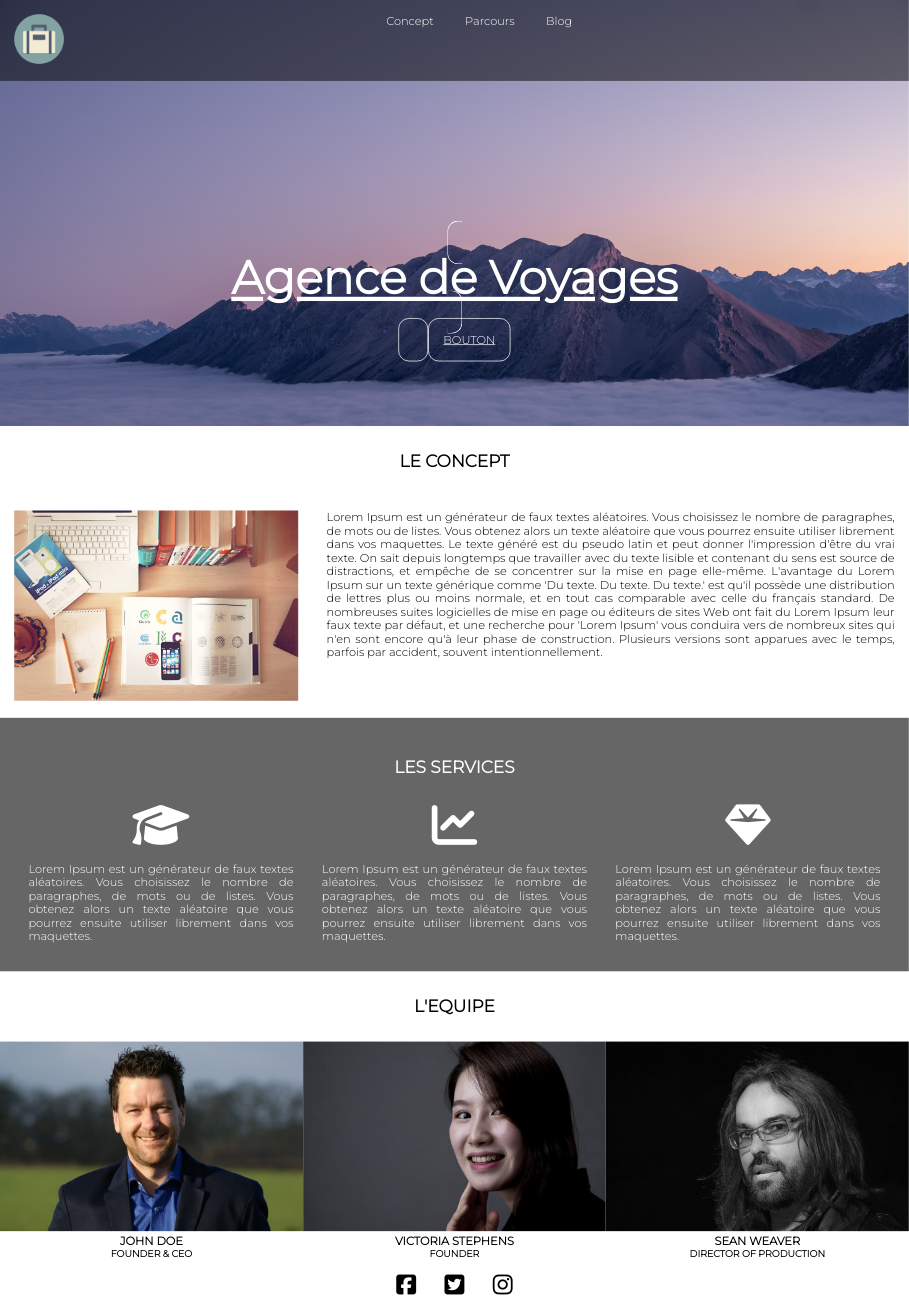
Repository: georeyff/WordPressThemes
Page: agenceVoyageInitial/index.html
The author's editor kept a copy of each file at every save. The page is drawn from the files as they stood at one save, then again after a run of saves.
The browser window is 1280 px wide. The pictures show the whole page, at 71% of full size.
Some web libraries are served in a nearby version.

Above is the page before, as saved 2020-11-28 14:37:53.

### agenceVoyageInitial/index.html
<!DOCTYPE html>

<html>

  <head>
    <meta name="viewport" content="width=device-width, initial-scale=1, maximum-scale=1">
    <title>Agence de voyages</title>
    <link rel="stylesheet" type="text/css" href="style.css">
    <meta charset="utf-8">
    <link rel="preconnect" href="https://fonts.gstatic.com">
<link href="https://fonts.googleapis.com/css2?family=Montserrat:wght@300&display=swap" rel="stylesheet">
  <script src="https://kit.fontawesome.com/00a3624a11.js" crossorigin="anonymous"></script>
  </head>

  <body>

    <section id="hero">

      <nav>
        <div id="logo"><img src="logo-valise.png" width="70px"></div>
        <div id="menuDesktop">
          <a href="#" target="_blank">Concept</a>
          <a href="#" target="_blank">Parcours</a>
          <a href="#" target="_blank">Blog</a>
        </div>

        <div id="menuResp">
          <img src="images/hamburger.png" alt="Responsive Menu Icon" id="hamburger" width="30px">
          <div id="menuMobile">
            <a href="#" target="_blank">Concept</a>
            <a href="#" target="_blank">Parcours</a>
            <a href="#" target="_blank">Blog</>
          </div>
        </div>

      </nav><!--Ici, on referme la balise nav-->
      <div id="bandeau">
        <div id="contenu">
          <div class="contenu-tagline">
            <h1>Agence de Voyages</h1>
          </div>
          <div class="contenu-cta">
            <a href="#">BOUTON</a>
          </div>

        </div><!--Ici, on referme la div contenu-->
      </div><!-- Ici, on referme la div bandeau-->

    </section><!--Ici, on referme la balise section-->

    <section id="apropos-section">
        <h2>LE CONCEPT</h2>
        <div id="apropos">
          <div id="apropos_image">

            <img src="images/office.jpg" alt="bureau"/>

           </div><!-- Referme apropos_image-->
            <div id="apropos_texte">
             <p>
               Lorem Ipsum est un générateur de faux textes aléatoires. Vous choisissez le nombre de paragraphes, de mots ou de listes. Vous obtenez alors un texte aléatoire que vous pourrez ensuite utiliser librement dans vos maquettes. Le texte généré est du pseudo latin et peut donner l'impression d'être du vrai texte. On sait depuis longtemps que travailler avec du texte lisible et contenant du sens est source de distractions, et empêche de se concentrer sur la mise en page elle-même. L'avantage du Lorem Ipsum sur un texte générique comme 'Du texte. Du texte. Du texte.' est qu'il possède une distribution de lettres plus ou moins normale, et en tout cas comparable avec celle du français standard. De nombreuses suites logicielles de mise en page ou éditeurs de sites Web ont fait du Lorem Ipsum leur faux texte par défaut, et une recherche pour 'Lorem Ipsum' vous conduira vers de nombreux sites qui n'en sont encore qu'à leur phase de construction. Plusieurs versions sont apparues avec le temps, parfois par accident, souvent intentionnellement.
             </p>
           </div><!-- Referme apropos_texte -->
        </div>
    </section><!--Ici, on referme la section apropos-->

    <section id="services-section">
      <h2>LES SERVICES</h2>
      <div id="services">
        <div class="services_item">
          <i class="fas fa-graduation-cap fa-4x"></i>
          <p>
            Lorem Ipsum est un générateur de faux textes aléatoires. Vous choisissez le nombre de paragraphes, de mots ou de listes. Vous obtenez alors un texte aléatoire que vous pourrez ensuite utiliser librement dans vos maquettes.
          </p>
        </div><!-- Referme services_item -->
        <div class="services_item">
          <i class="fas fa-chart-line fa-4x"></i>
          <p>
            Lorem Ipsum est un générateur de faux textes aléatoires. Vous choisissez le nombre de paragraphes, de mots ou de listes. Vous obtenez alors un texte aléatoire que vous pourrez ensuite utiliser librement dans vos maquettes.
          </p>
        </div><!-- Referme services_item -->
        <div class="services_item">
          <i class="fas fa-gem fa-4x"></i>
          <p>
            Lorem Ipsum est un générateur de faux textes aléatoires. Vous choisissez le nombre de paragraphes, de mots ou de listes. Vous obtenez alors un texte aléatoire que vous pourrez ensuite utiliser librement dans vos maquettes.
        </div><!-- Referme services_item -->
      </div>
    </section><!--Ici, on referme la section services-->

    <section id="team-section">
      <h2>L'EQUIPE</h2>
      <div id="team">
        <div class="team_item">
          <img src="team1.jpg">
          <h4>JOHN DOE</h4>
          <h5>FOUNDER & CEO</h5>
        </div><!-- Referme services_item -->
        <div class="team_item">
          <img src="team2.jpg">
          <h4>VICTORIA STEPHENS</h4>
          <h5>FOUNDER</h5>
        </div><!-- Referme services_item -->
        <div class="team_item">
          <img src="team3.jpg">
          <h4>SEAN WEAVER</h4>
          <h5>DIRECTOR OF PRODUCTION</h5>
        </div><!-- Referme services_item -->
      </div>

    </section><!--Ici, on referme la section services-->

    <section id="form">
      <!--  ici le formulaire par widget -->
    </section>

    <footer>
      <div class="social">
        <a href="http://facebook.fr" target="_blank"><i class="fab fa-facebook-square fa-2x"></i></a>
      </div>
       <div class="social">
        <a href="http://twitter.fr" target="_blank"><i class="fab fa-twitter-square fa-2x"></i></a>
      </div>
      <div class="social">
        <a href="http://instagram.fr" target="_blank"><i class="fab fa-instagram fa-2x"></i></a>
      </div>
    </footer><!--Ici, on referme la balise footer-->


    <script src="js/script.js"></script>
  </body>

</html>

### agenceVoyageInitial/style.css
*{
  margin:0;
  padding:0;
}

html{
  font-family: 'Montserrat', sans-serif;
  font-size: 16px;
}

h1{
  color: white;
  font-size: 65px;
}
h2{
  text-align: center;
  padding: 35px;
}
h3{
  color: black;
}
#menuDesktop a{
  color: white;
  text-decoration: none;
  padding : 20px;
}
/*HERO SECTION*/
#hero{
  background: url('images/bg.jpg');
  background-repeat: no-repeat;
  background-size: cover;
  height: 600px;
  position: relative;
}
nav{
  background-color: rgba(0,0,0,0.5);
  text-align: center;
  padding: 20px;
  display: flex;
  justify-content: space-between;
}
#menu{
 padding-top: 2%;
}
#menuResp{
  display: none;
}
/* #menuMobile{
  display: none;
} */

#bandeau{
  margin-top: 17%;
}
#contenu{
  text-align: center;
}
#contenu a{
  color : rgb(255, 255, 255);
  border : 1px solid rgb(255, 255, 255);
  border-radius: 15px;
  padding: 20px;
  transition: all 1s;
}
#contenu a:hover{
  color : rgb(255, 255, 255);
  border : 1px solid rgba(92, 92, 92, 0.8);
  background-color: rgba(92, 92, 92, 0.8);
}
.contenu-cta{
  margin-top: 20px;
}
#apropos{
  background-color: white;
  display: flex;
}

#apropos_image{
  padding: 20px;
  flex: 1;
}

#apropos_texte{
  padding: 20px;
  flex: 2;
  text-align: justify;
}

#apropos_image img{
  flex:1;
  max-width: 100%;/*L'image prend au maximum la largeur de son contenant, soit 100% de 1/3*/
}
#services-section{
  background-color: #666;
  color: white;
  padding : 20px;
  text-align: center;
}
#services{
  display : flex;

}
.services_item p{
  text-align: justify;
  padding: 20px;
}
#team{
  display : flex;
  text-align: center;
}
.team_item{
  flex: 1;
}
.team_item img{
  width: 100%;
}
.team_item p{
  text-align: justify;
  padding: 20px;
}
footer{
  display: flex;
  justify-content: center;
}

footer a{
  color: black;
}

footer a:hover{
  color: #e74c3c;
}

.social{
  padding: 20px;
}


@media screen and (max-width: 500px){
  .contenu-cta {
    margin-top: 36px;
}
  #menuDesktop {
  display: none;
}
#menuResp{
  display: block;
}
#hamburger{
  display: block;
}
#menuMobile{
  display: none;
}
  #apropos, #services, #team{
   flex-direction: column;
  }/*Ici, on referme la déclaration #apropos*/
  .team_item {
    margin-bottom: 6%;
}

}/*Ici, on referme la media query*/

### agenceVoyageInitial/js/script.js
console.log('test')
// Je récupère le hamburger
var hamburger = document.getElementById('hamburger');
console.log(hamburger, "ham")
// Je cible la DIV à afficher
var menuMobile = document.getElementById('menuMobile');
console.log(menuResp)

// J'ajoute un listener + une action
hamburger.addEventListener('click', function(){
	if (menuMobile.style.display == 'block'){
	menuMobile.style.display = 'none';
	}else{
	menuMobile.style.display = 'block';
	}
})

After the next 2 saves:
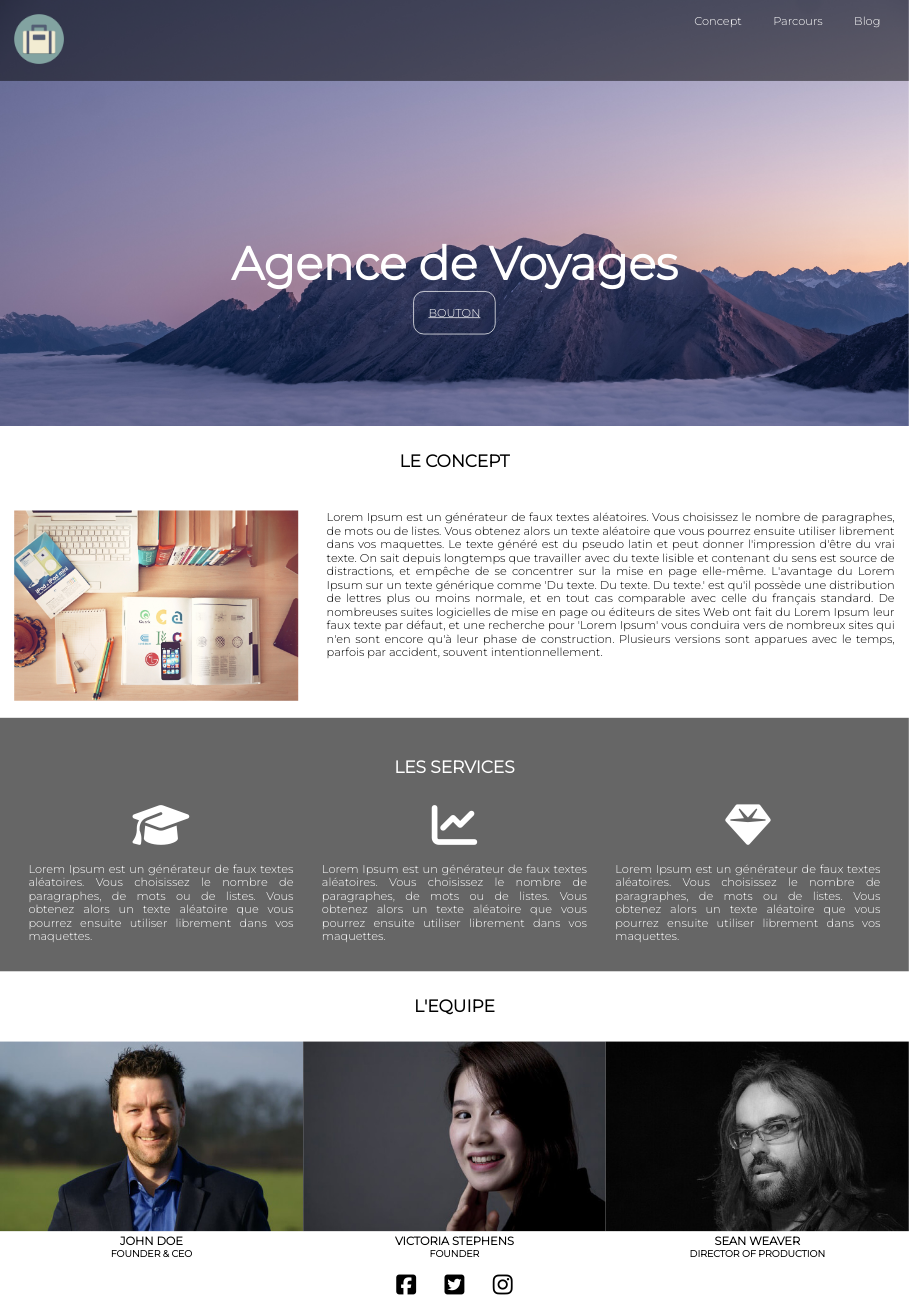
The 2 saves are shown as one change because they came seconds apart.
The last was saved 38 s later.
--- a/agenceVoyageInitial/index.html
+++ b/agenceVoyageInitial/index.html
@@ -29,7 +29,7 @@
           <div id="menuMobile">
             <a href="#" target="_blank">Concept</a>
             <a href="#" target="_blank">Parcours</a>
-            <a href="#" target="_blank">Blog</>
+            <a href="#" target="_blank">Blog</a>
           </div>
         </div>
 
